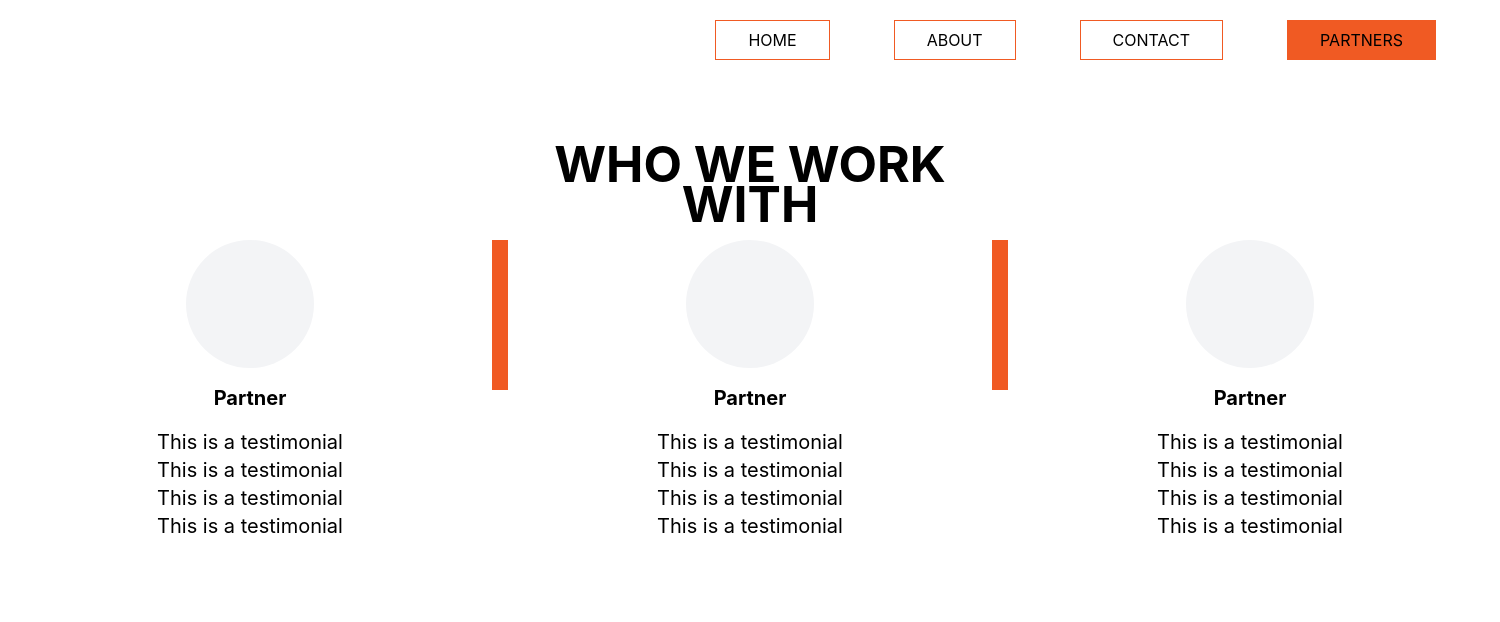
Repository: legenddev1202/whyclicktv
Page: /partners
An editor plug-in stored every save of this project. The page is shown before and after the next save, followed by the edit.
The browser window is 1280 px wide. The page is 1500 px wide, so the pictures cover 1500 px, including what lies to the right of the window. The pictures show the whole page.
The project was rebuilt for these pictures with package versions that can differ from the ones it lists, and the page was loaded fresh each time. Also part of the build but not shown: src/App.css, src/pages/home.js, src/pages/about.js, src/pages/contact.js, src/pages/referral.js.

Above is the page before, as saved 2022-03-31 14:52:39.

### public/index.html
<!DOCTYPE html>
<html lang="en">
  <head>
    <meta charset="utf-8" />
    <link rel="icon" href="%PUBLIC_URL%/favicon.ico" />
    <meta name="viewport" content="width=device-width, initial-scale=1" />
    <meta name="theme-color" content="#000000" />
    <meta name="description" content="why-click" />
    <link rel="apple-touch-icon" href="%PUBLIC_URL%/favicon.ico" />
    <!--
      manifest.json provides metadata used when your web app is installed on a
      user's mobile device or desktop. See https://developers.google.com/web/fundamentals/web-app-manifest/
    -->
    <link rel="manifest" href="%PUBLIC_URL%/manifest.json" />
    <!--
      Notice the use of %PUBLIC_URL% in the tags above.
      It will be replaced with the URL of the `public` folder during the build.
      Only files inside the `public` folder can be referenced from the HTML.

      Unlike "/favicon.ico" or "favicon.ico", "%PUBLIC_URL%/favicon.ico" will
      work correctly both with client-side routing and a non-root public URL.
      Learn how to configure a non-root public URL by running `npm run build`.
    -->
    <title>WhyClick.tv</title>
  </head>
  <body>
    <noscript>WhyClick.tv</noscript>
    <div id="root"></div>
    <!--
      This HTML file is a template.
      If you open it directly in the browser, you will see an empty page.

      You can add webfonts, meta tags, or analytics to this file.
      The build step will place the bundled scripts into the <body> tag.

      To begin the development, run `npm start` or `yarn start`.
      To create a production bundle, use `npm run build` or `yarn build`.
    -->
  </body>
</html>

### src/index.css
@tailwind base;
@tailwind components;
@tailwind utilities;

body {
  margin: 0;
  font-family: -apple-system, BlinkMacSystemFont, "Segoe UI", "Roboto", "Oxygen",
    "Ubuntu", "Cantarell", "Fira Sans", "Droid Sans", "Helvetica Neue",
    sans-serif;
  -webkit-font-smoothing: antialiased;
  -moz-osx-font-smoothing: grayscale;
  height: 100%;
  min-height: 700px;
  min-width: 1500px;
}

code {
  font-family: source-code-pro, Menlo, Monaco, Consolas, "Courier New",
    monospace;
}

### src/App.js
import { Routes, Route, Link } from "react-router-dom";
import "./App.css";
import Home from "./pages/home";
import About from "./pages/about";
import Contact from "./pages/contact";
import Partners from "./pages/partners";
import Referral from "./pages/referral";

function App() {
  return (
    <Routes>
      <Route path="/" element={<Home />} />
      <Route path="about" element={<About />} />
      <Route path="contact" element={<Contact />} />
      <Route path="partners" element={<Partners />} />
      <Route path="referrel" element={<Referral />} />
    </Routes>
  );
}

export default App;

### src/pages/partners.js
import React from "react";
import { Routes, Route, Link } from "react-router-dom";

function Partners() {
  return (
    <>
      <div className="bg-transparent w-full h-20 flex items-center px-8 justify-between">
        <div className="h-20">
          {/* <img
            className="logo-icon h-full"
            src="assets/images/logos/logo.svg"
            alt="logo"
          /> */}
        </div>
        <div className="">
          <button
            className="h-10 px-8 mx-8 border"
            style={{ borderColor: "#F05A23" }}
          >
            <Link to="/">HOME</Link>
          </button>
          <button
            className="h-10 px-8 mx-8 border"
            style={{ borderColor: "#F05A23" }}
          >
            <Link to="/about">ABOUT</Link>
          </button>
          <button
            className="h-10 px-8 mx-8 border"
            style={{ borderColor: "#F05A23" }}
          >
            <Link to="/contact">CONTACT</Link>
          </button>
          <button
            className="h-10 px-8 mx-8 border"
            style={{ borderColor: "#F05A23", backgroundColor: "#F05A23" }}
          >
            <Link to="/partners">PARTNERS</Link>
          </button>
        </div>
      </div>
      <div className="h-full w-full flex flex-col items-center justify-center pt-16">
        <div
          className="text-center text-4xl font-bold"
          style={{ fontSize: 50 }}
        >
          WHO WE WORK
          <br />
          WITH
        </div>
        <div className="w-full flex mt-4">
          <div className="w-1/3 relative px-20 flex flex-col items-center">
            <div
              className="absolute w-4 h-1/2 -right-2"
              style={{ backgroundColor: "#F05A23" }}
            />
            <div className="h-32 w-32 rounded-full bg-gray-100"></div>
            <div className="pt-4 text-xl font-bold">Partner</div>
            <div className="pt-4 text-xl">This is a testimonial</div>
            <div className="text-xl">This is a testimonial</div>
            <div className="text-xl">This is a testimonial</div>
            <div className="text-xl">This is a testimonial</div>
          </div>
          <div className="w-1/3 relative px-20 flex flex-col items-center">
            <div
              className="absolute w-4 h-1/2 -right-2"
              style={{ backgroundColor: "#F05A23" }}
            />
            <div className="h-32 w-32 rounded-full bg-gray-100"></div>
            <div className="pt-4 text-xl font-bold">Partner</div>
            <div className="pt-4 text-xl">This is a testimonial</div>
            <div className="text-xl">This is a testimonial</div>
            <div className="text-xl">This is a testimonial</div>
            <div className="text-xl">This is a testimonial</div>
          </div>
          <div className="w-1/3 relative px-20 flex flex-col items-center">
            <div className="h-32 w-32 rounded-full bg-gray-100"></div>
            <div className="pt-4 text-xl font-bold">Partner</div>
            <div className="pt-4 text-xl">This is a testimonial</div>
            <div className="text-xl">This is a testimonial</div>
            <div className="text-xl">This is a testimonial</div>
            <div className="text-xl">This is a testimonial</div>
          </div>
        </div>
      </div>
    </>
  );
}
export default Partners;

Loaded but not shown: src/index.js (common file); src/reportWebVitals.js (common file); tailwind.config.js (common file)

After the next save:
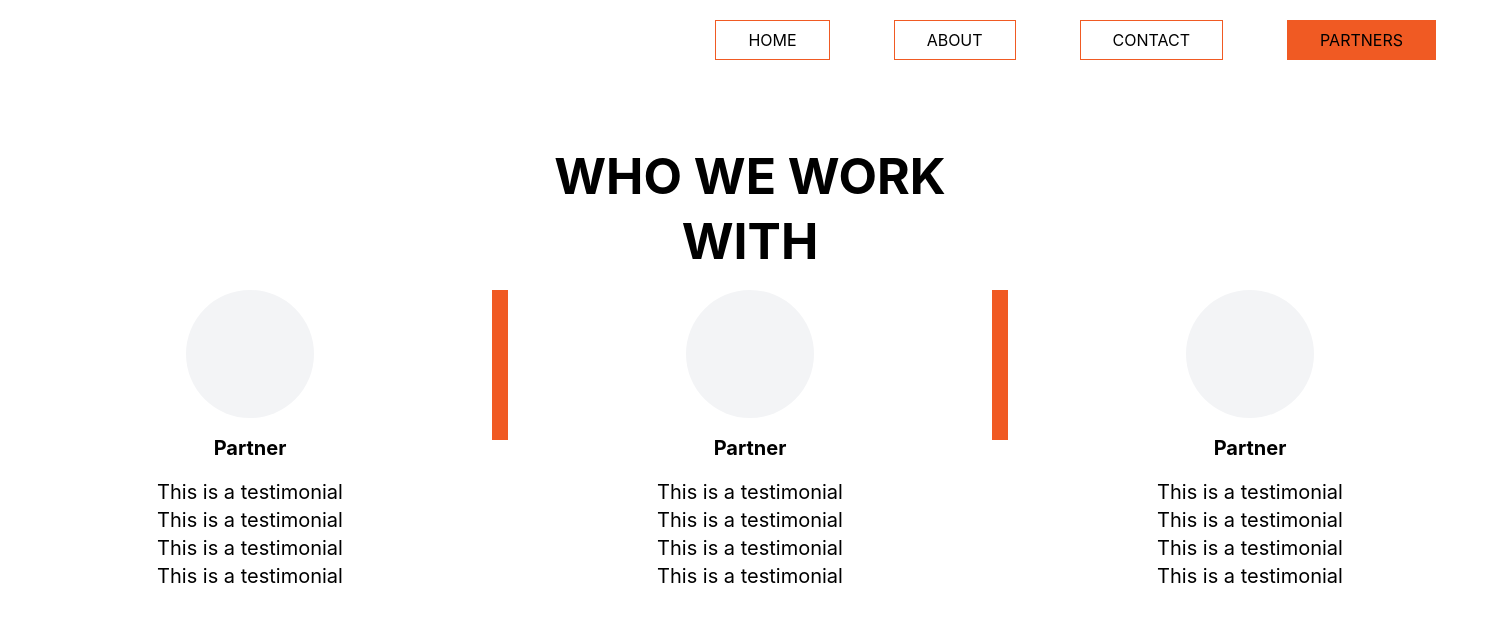
Saved 15 s later.
--- a/src/pages/partners.js
+++ b/src/pages/partners.js
@@ -42,7 +42,7 @@ function Partners() {
       <div className="h-full w-full flex flex-col items-center justify-center pt-16">
         <div
           className="text-center text-4xl font-bold"
-          style={{ fontSize: 50 }}
+          style={{ fontSize: 50, lineHeight: 1.3 }}
         >
           WHO WE WORK
           <br />
